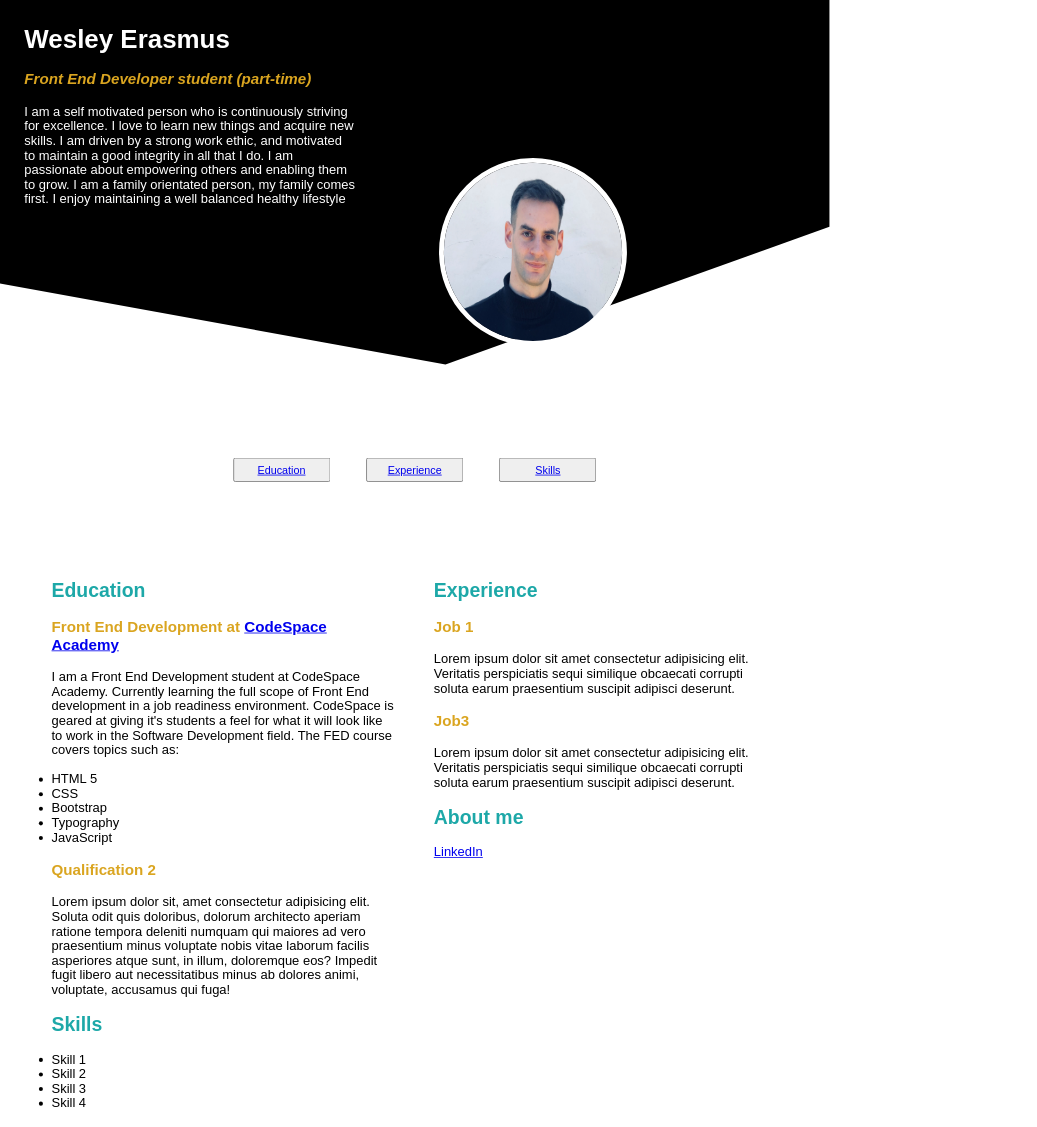
Repository: WesleyErasmus/myDigitalResume
Page: Resume-Projec-3/index.html
These files come from the project's save history. The page is drawn as it stood at one moment and after the next save; the edit follows.
The browser window is 1280 px wide. The pictures show the whole page, at 81% of full size.

Above is the page before, as saved 2022-02-12 15:00:48.

After the next save:
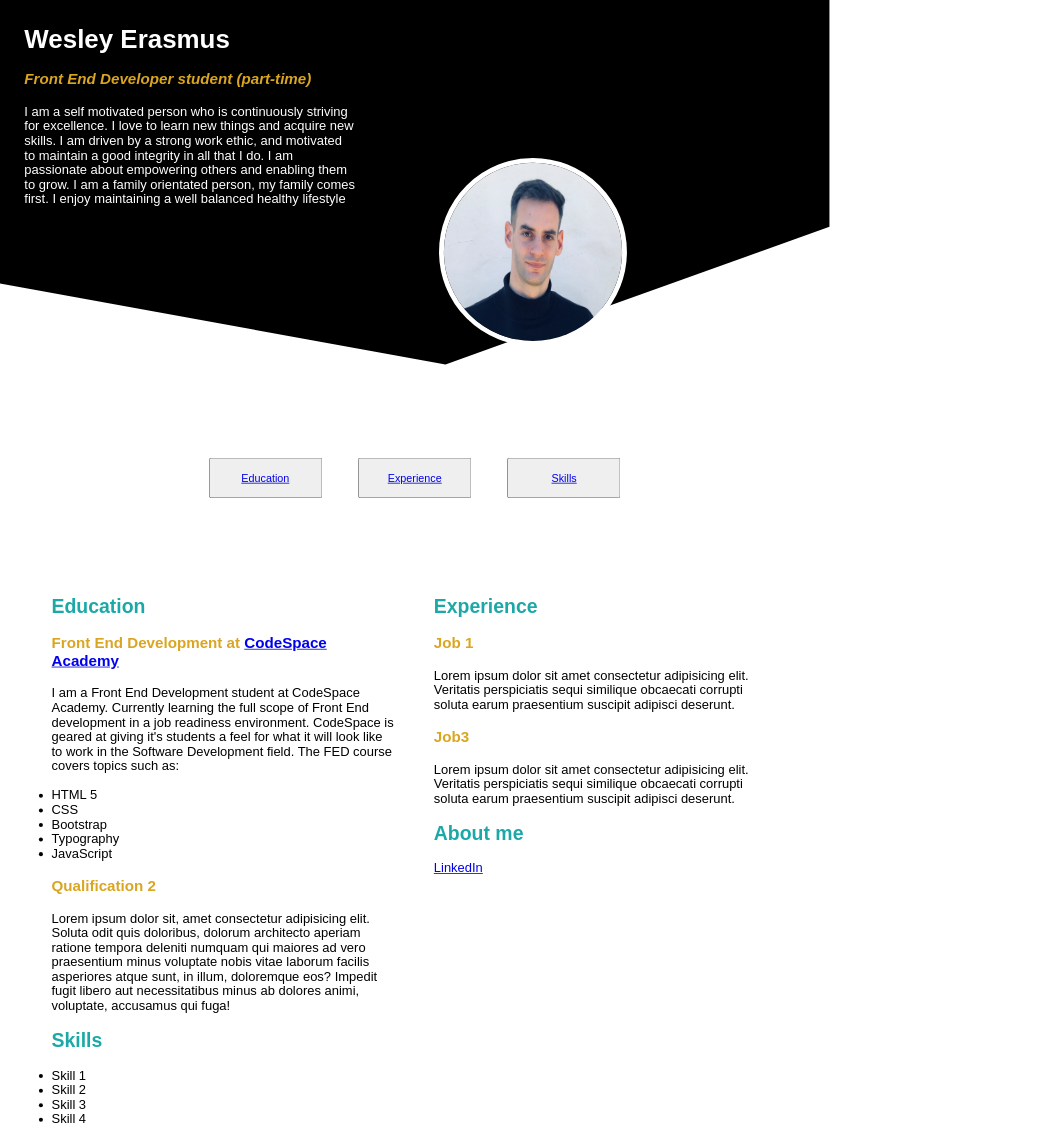
Saved 10 s later.
--- a/Resume-Projec-3/styles.css
+++ b/Resume-Projec-3/styles.css
@@ -61,8 +61,8 @@ nav {
     margin: 20px;
 }
 button {
-    width: 120px;
-    height: 30px;
+    width: 140px;
+    height: 50px;
 }
 .color-headings {
     color: rgb(29, 168, 168);
